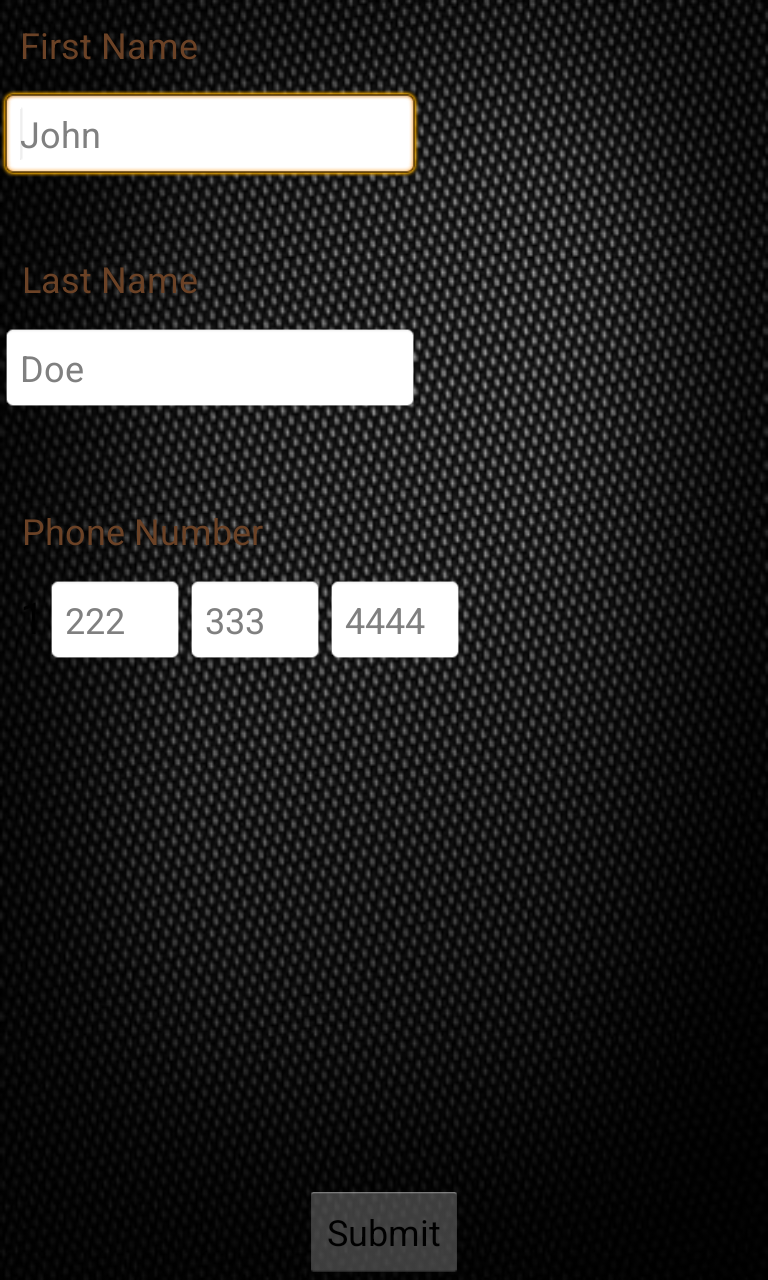
Repository: kenshiryu7/mdv-projects
Layout: Java_2/Java2_w3/res/layout/addview.xml
These files come from the project's save history. The layout is drawn as it stood at one moment and after the next save; the edit follows.
It is drawn on a 768 x 1280 px phone screen (xhdpi) without system bars, with theme AppTheme; the app's code is not run.

Above is the layout before, as saved 2012-12-02 15:27:07.

After the next save:
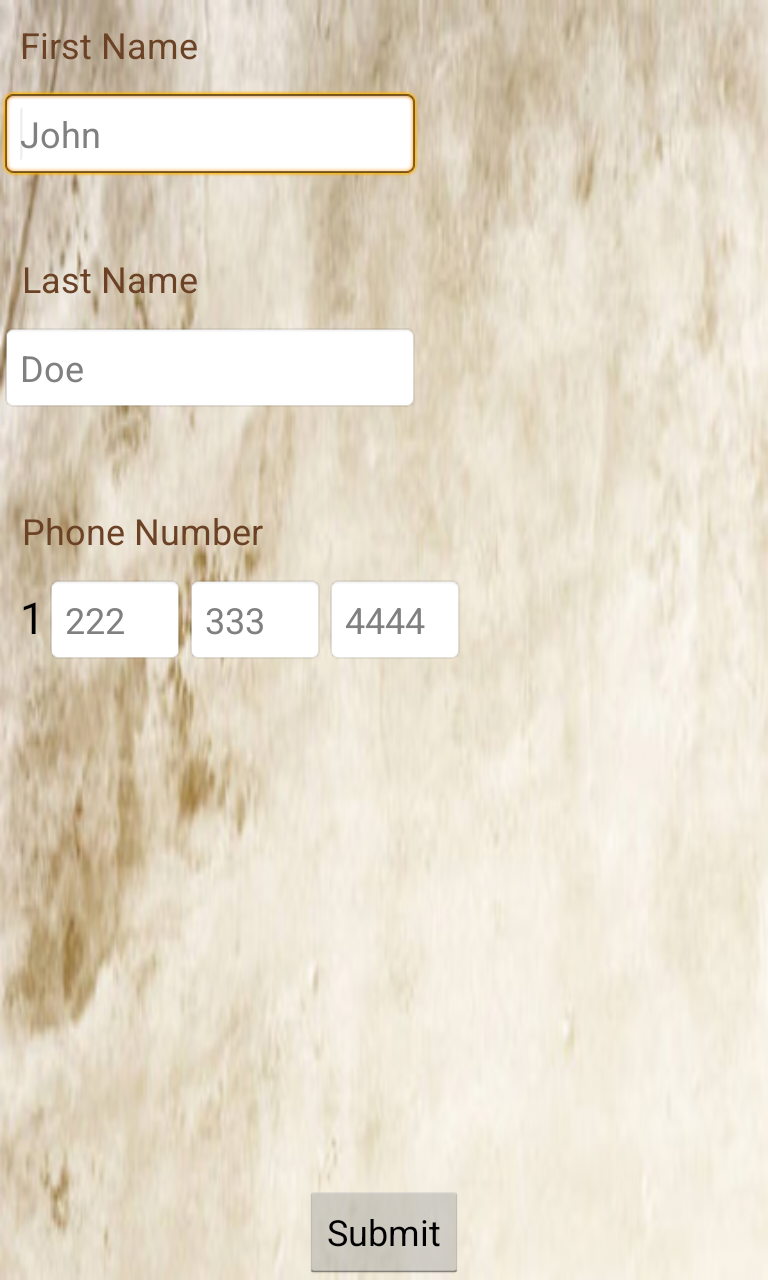
Saved 2 min 5 s later.
--- a/Java_2/Java2_w3/res/layout/addview.xml
+++ b/Java_2/Java2_w3/res/layout/addview.xml
@@ -3,7 +3,7 @@
     xmlns:tools="http://schemas.android.com/tools"
     android:layout_width="match_parent"
     android:layout_height="match_parent"
-    android:background="@drawable/main_bg" >
+    android:background="@drawable/row_bg" >
 
 
 
